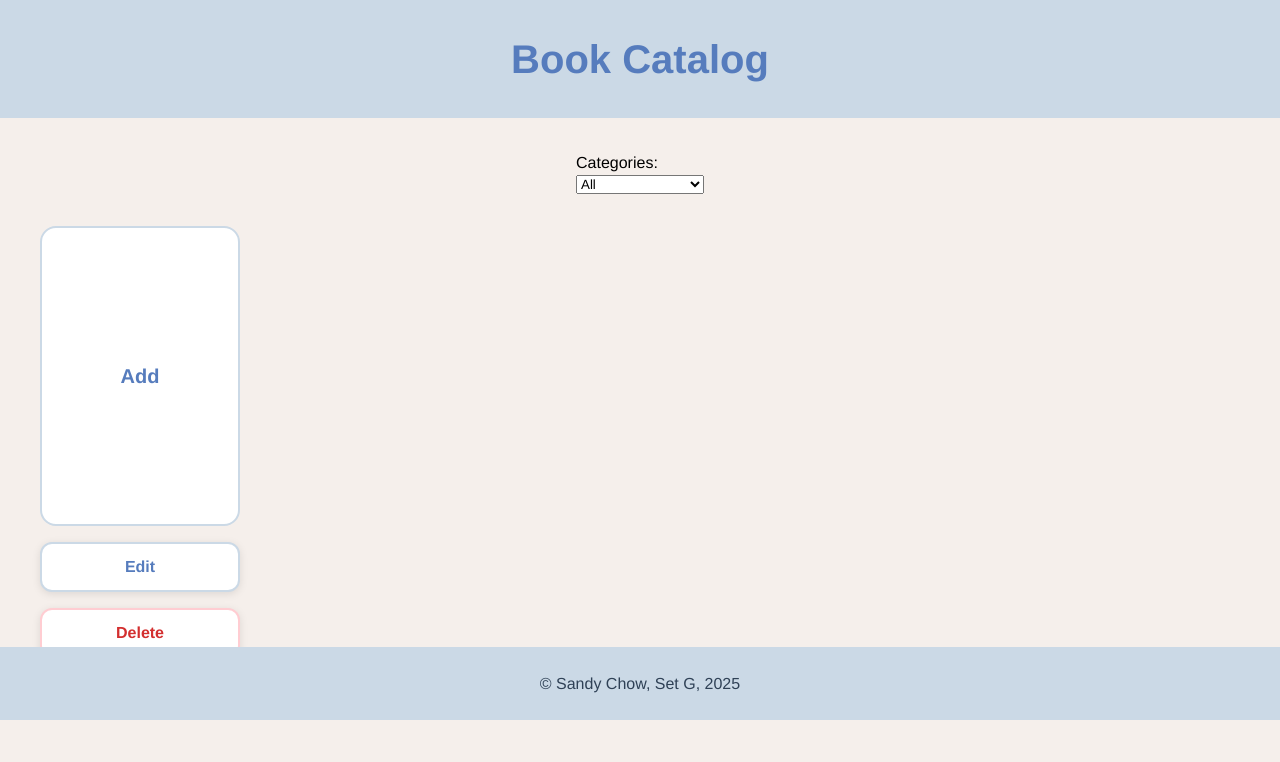
Repository: Bcit-sandy/COMP3170_Lab7
Page: /
These files come from the project's save history. The page is drawn as it stood at one moment and after the next save; the edit follows.
The browser window is 1280 px wide. The pictures show the whole page.
The project was rebuilt for these pictures with package versions that can differ from the ones it lists, and the page was loaded fresh each time. Also part of the build but not shown: vite.config.js, src/components/Info.jsx, src/components/Book.jsx.

Above is the page before, as saved 2025-10-25 23:44:35.

### index.html
<!doctype html>
<html lang="en">
  <head>
    <meta charset="UTF-8" />
    <link rel="icon" type="image/svg+xml" href="/vite.svg" />
    <meta name="viewport" content="width=device-width, initial-scale=1.0" />
    <title>Book Catalog App</title>
  </head>
  <body>
    <div id="root"></div>
    <script type="module" src="/src/main.jsx"></script>
  </body>
</html>

### src/main.jsx
import { StrictMode } from 'react';
import { createRoot } from 'react-dom/client';
import './index.css';
import './components/Modal/Modal.css';
import App from './App.jsx';

createRoot(document.getElementById('root')).render(
  <StrictMode>
    <App />
  </StrictMode>,
)

### src/index.css
:root {
  --light-blue-color: #CBD9E6;
  --blue-color: #567cbd;
  --beige-color: #f5efeb;
  --dark-blue-color: #2f4156;
  --white-color: #ffffff;
}

*{
  font-family: Helvetica, sans-serif
}

body {
  margin: 0;
  padding: 0;
  line-height: 1.6;
}

.app-header {
  background-color: var(--light-blue-color);
  min-height: 12vh;
  display: flex;
  flex-direction: column;
  align-items: center;
  justify-content: center;
}

.app-name {
  font-size: 2.5rem;
  color: var(--blue-color);
}

.app-main {
  background: var(--beige-color);
  width: 100%;
  min-height: 70vh;
  display: flex;
  flex-direction: column;
  align-items: center;
  justify-content: center;
  padding: 2rem 0;
  flex-wrap: wrap;
}

.app-main-content {
  background: var(--white-color);
  min-height: 10vh;
  width: 100%;
  display: flex;
  flex-direction: column;
  align-items: center;
  justify-content: center;
  padding: 2rem;
  border-radius: 12px;
  margin: 1rem;
  max-width: 1000px;
  flex-wrap: wrap;
}

.learn-more {
  color: var(--blue-color);
  text-decoration: none;
  transition: all 0.3s ease;
}

.learn-more:hover {
  color: var(--dark-blue-color);
  text-decoration: underline;
}

.app-main-content-text {
  font-size: 16px;
  color: var(--dark-blue-color);
  font-weight: 400;
  text-align: center;
  max-width: 600px;
  line-height: 1.7;
}

.add-button {
  background: var(--white-color);
  color: var(--blue-color);
  border: 2px solid var(--light-blue-color);
  border-radius: 16px;
  width: 200px;
  height: 300px;
  display: flex;
  align-items: center;
  justify-content: center;
  cursor: pointer;
  transition: all 0.3s ease;
  font-size: 1.25rem;
  font-weight: 600;
  box-shadow: 0 4px 12px var(--shadow-light);
  position: relative;
  overflow: hidden;

}

.add-button:hover {
  background-color: var(--blue-color);
  color: var(--white-color);
  box-shadow: 0 4px 15px rgba(0, 0, 0, 0.2);
  transform: translateY(-2px);
}

/* Update and Delete Button Styles */
.update-button,
.delete-button {
  background: var(--white-color);
  color: var(--blue-color);
  border: 2px solid var(--light-blue-color);
  border-radius: 12px;
  width: 200px;
  height: 50px;
  display: flex;
  align-items: center;
  justify-content: center;
  cursor: pointer;
  transition: all 0.3s ease;
  font-size: 1rem;
  font-weight: 600;
  box-shadow: 0 2px 8px rgba(0, 0, 0, 0.1);
  position: relative;
  overflow: hidden;
}

.update-button:hover {
  background-color: var(--blue-color);
  color: var(--white-color);
  border-color: var(--blue-color);
  box-shadow: 0 4px 12px rgba(86, 124, 189, 0.3);
  transform: translateY(-2px);
}

.delete-button {
  background: var(--white-color);
  color: #d32f2f;
  border: 2px solid #ffcdd2;
}

.delete-button:hover {
  background-color: #d32f2f;
  color: var(--white-color);
  border-color: #d32f2f;
  box-shadow: 0 4px 12px rgba(211, 47, 47, 0.3);
  transform: translateY(-2px);
}

.update-button:active,
.delete-button:active {
  transform: translateY(0);
  box-shadow: 0 2px 6px rgba(0, 0, 0, 0.2);
}

.app-content-container {
  display: grid;
  grid-template-columns: 200px 1fr;
  gap: 2rem;
  margin: 2rem auto;
  width: 100%;
  max-width: 1200px;
  padding: 0 1rem;
  margin-bottom: 10vh;
  align-items: start;
  justify-items: start;
  justify-content: center;
}

.add-button-column {
  grid-column: 1;
  grid-row: 1/ -1;
  display: flex;
  flex-direction: column;
  justify-content: center;
  align-items: center;
  gap: 1rem;
}

.button-group {
  display: flex;
  flex-direction: column;
  gap: 1rem;
  align-items: center;
  width: 100%;
}

.books-grid {
  grid-column: 2;
  display: grid;
  grid-template-columns: repeat(auto-fill, minmax(180px, 1fr));
  gap: 2rem;
  width: 100%;
  align-items: start;
  justify-items: start;
}

/* Responsive design --- smaller screens */
@media (max-width: 768px) {
  .app-main-content {
    width: 80%;
  }

  .app-content-container {
    grid-template-columns: auto;
    gap: 1rem;
  }

  .add-button-column {
    grid-row: 1/ -1;
    margin-bottom: 2rem;
  }

  .books-grid {
    grid-template-columns: repeat(auto-fill, minmax(180px, 1fr));
    gap: 2rem;
  }

  .add-button,
  .update-button,
  .delete-button {
    width: 150px;
    height: 45px;
    font-size: 0.9rem;
  }

  .add-button {
    height: 200px;
  }
}

.book-container {
  width: 200px;
  height: 300px;
  display: flex;
  flex-direction: column;
  align-items: center;
  border: none;
  background: var(--white-color);
  border-radius: 12px;
  transition: all 0.3s ease;
  overflow: hidden;
  justify-self: start;
  align-self: start;
}

.book-container:hover {
  transform: translateY(-4px);
  box-shadow: 0 8px 20px rgba(0, 0, 0, 0.15);
}

.book-container {
  cursor: pointer;
  position: relative;
}

.book-selected {
  border: 3px solid var(--blue-color) !important;
  background: var(--light-blue-color) !important;
  transform: translateY(-2px);
  box-shadow: 0 6px 16px var(--dark-blue-color) 50%;
}

.remove-button {
  position: absolute;
  top: 8px;
  right: 8px;
  background: var(--dark-blue-color);
  color: var(--white-color);
  border: none;
  border-radius: 50%;
  width: 25px;
  height: 25px;
  display: flex;
  align-items: center;
  justify-content: center;
  font-size: 16px;
  font-weight: bold;
  cursor: pointer;
  opacity: 0;
  transition: opacity 0.2s ease, background 0.2s ease;
  z-index: 2;
}

.book-container:hover .remove-button {
  opacity: 1;
}

.remove-button:hover {
  background: #d32f2f;
  transform: scale(1.1);
}

.book-cover {
  width: 100%;
  height: 100%;
  position: relative;
  overflow: hidden;
}

.book-cover-image {
  width: 100%;
  height: 100%;
  object-fit: cover;
  transition: transform 0.3s ease;
}

.book-container:hover .book-cover-image {
  transform: scale(1.05);
}

.book-price {
  font-size: 16px;
  background: var(--white-color);
  color: var(--dark-blue-color);
  margin: 0;
  width: 100%;
  height: 10px;
  font-weight: bold;
  text-align: center;
  padding: 0.75rem 0.5rem;
  display: flex;
  align-items: center;
  justify-content: center;
  border-top: 1px solid var(--light-blue-color);
}


.info-container {
  width: 100%;
  height: 50px;
  display: flex;
  align-items: center;
  justify-content: center;
  background: var(--light-blue-color);
  border-top: 1px solid var(--light-blue-color);
}

.info-link {
  font-size: 14px;
  color: var(--blue-color);
  background-color: var(--light-blue-color);
  width: 100%;
  height: 100%;
  font-weight: bold;
  text-decoration: none;
  cursor: pointer;
  transition: all 0.3s ease;
  display: flex;
  align-items: center;
  justify-content: center;
  border-radius: 0 0 12px 12px;
}

.info-link:hover {
  color: var(--dark-blue-color);
  text-decoration: underline;
  font-size: 16px;
}

.app-footer {
  background-color: var(--light-blue-color);
  color: var(--dark-blue-color);
  width: 100%;
  height: 10vh;
  display: flex;
  align-items: center;
  justify-content: center;
  position: fixed;
  bottom: 0;
  left: 0;
  border-top: 1px solid var(--light-blue-color);
  font-weight: 500;
  font-size: 16px;
}

### src/components/Modal/Modal.css
/* Modal dialog base */
dialog {
  border: none;
  border-radius: 16px;
  padding: 3rem;
  width: 100vw;
  max-width:400px;
  background: var(--white-color);
  box-shadow: 0 12px 40px rgba(0, 0, 0, 0.25);
}

/* Backdrop */
dialog::backdrop {
  background: rgba(47, 65, 86, 0.15);
  backdrop-filter: blur(2px);
}

/* Heading */
.new-book-form h2,
.form-container h2 {
  margin: 0 0 1rem 0;
  color: var(--blue-color);
  font-size: 1.5rem;
}

/* Form layout */
.new-book-form,
.form-container form {
  display: flex;
  flex-direction: column;
  gap: 1rem;
}

.new-book-form label,
.form-container .form-control label {
  color: var(--dark-blue-color);
  font-weight: bold;
  margin-bottom: 0.5rem;
}

.new-book-form input,
.form-container .form-control input {
    align-items: center;
    height: 1rem;
    font-size: 1rem;
    width: 100%;
    padding: 0.5rem;
    border: 2px solid var(--light-blue-color);
    border-radius: 10px;
}


/* Button style */
.button-primary,
.btn.primary {
  background: var(--blue-color);
  color: var(--white-color);
  border: 1px solid var(--blue-color);
  border-radius: 10px;
  padding: 0.5rem;
  width:50%;
  font-weight: bold;
  cursor: pointer;
}

.button-primary:hover,
.btn.primary:hover {
  background: var(--dark-blue-color);
}

.button-secondary {
  background: var(--white-color);
  color: var(--blue-color);
  border: 2px solid var(--light-blue-color);
  border-radius: 10px;
  padding: 0.5rem 0.9rem;
  font-weight: bold;
  cursor: pointer;
}

.button-secondary:hover {
  background: var(--blue-color);
  color: var(--white-color);
}

.form-container .form-control {
  display: flex;
  flex-direction: column;
}

/* Small screens */
@media (max-width: 480px) {
  dialog {
    width: 95vw;
    padding: 1.25rem;
  }
}

### src/App.jsx
import { useState } from "react";
import Book from "./components/Book";
import Add from "./components/New";
import Main from "./components/Main";
import data from "../data/books.json";
import Filter from "./components/Filter/Filter";

function App() {
  const [books, setBooks] = useState(data);
  const [selectedBook, setSelectedBook] = useState(null);

  function getBooks(bookData) {
    const isSelected = selectedBook && (selectedBook.isbn13 || selectedBook.title) === (bookData.isbn13 || bookData.title);
    return (
      <Book
        key={bookData.isbn13 || bookData.title}
        data={bookData}
        onSelect={handleBookSelection}
        isSelected={isSelected}
      />
    );
  }

  function handleBookSelection(book) {
    // If clicking the same book that's already selected, unselect it
    if (selectedBook && (selectedBook.isbn13 || selectedBook.title) === (book.isbn13 || book.title)) {
      setSelectedBook(null);
    } else {
      // Otherwise, select the clicked book
      setSelectedBook(book);
    }
  }

  function handleUpdateBook(updatedBook) {
    setBooks(prevBooks =>
      prevBooks.map(book =>
        (book.isbn13 || book.title) === (updatedBook.isbn13 || updatedBook.title)
          ? updatedBook
          : book
      )
    );
    setSelectedBook(updatedBook);
  }

  function handleDeleteBook() {
    if (selectedBook) {
      setBooks(prevBooks => prevBooks.filter(book =>
          (book.isbn13 || book.title) !== (selectedBook.isbn13 || selectedBook.title)
        ));
        setSelectedBook(null);
    } else {
      alert("Please select a book to delete");
    }
  }

  function handleAddBook(newBook) {
    setBooks(prevBooks => [...prevBooks, newBook]);
  }

  const categories = [...new Set(books.map(book => book.category))];

  return (
    <div>
      <header className="app-header">
       <h1 className="app-name">Book Catalog</h1>
      </header>

      <main className="app-main">
        <Filter categories={categories} />
        <div className="app-content-container">
          <div className="add-button-column">
            <Add
              onDelete={handleDeleteBook}
              onAddBook={handleAddBook}
              book={selectedBook}
              update={handleUpdateBook}
            />
          </div>
          <Main>
            {books.map(getBooks)}
          </Main>
        </div>
      </main>

      <footer className="app-footer">
        <p>&copy; Sandy Chow, Set G, 2025</p>
      </footer>
    </div>

  )
}

export default App;

### src/components/New.jsx
import Modal from "./Modal/Modal";
import BookForm from "./Bookform";

function Add ({ onDelete, onAddBook, book, update }) {
  return (
    <div className="button-group">
      <Modal btnLabel="Add" btnClassName="add-button">
        <BookForm onAddBook={onAddBook} />
      </Modal>

      <Modal btnLabel="Edit" btnClassName="update-button">
        <BookForm book={book} add={update} onAddBook={onAddBook}/>
      </Modal>

      <button
        className="delete-button"
        onClick={onDelete}
        title="Delete selected book"
      >
        Delete
      </button>
    </div>
  )
}

export default Add

### src/components/Main.jsx
export default function Main({children}) {
    return (
        <main className="books-grid">
            {children}
        </main>
    );
}

### data/books.json
    [
]

### src/components/Filter/Filter.jsx
import "./Filter.css";
import { useState } from "react";
function Filter({ categories = [] }) {
    const [filter, setFilter] = useState('');
    return (
        <div className="filter-container">
            Categories:
            <select
                value={filter}
                onChange={(e) => setFilter(e.target.value)}>
                <option value=''>All</option>
                {[...categories].map((category) => (
                    <option value={category}>{category}</option>
                ))}
            </select>
        </div>
    );
}

export default Filter;

### src/components/Modal/Modal.jsx
import { useRef } from 'react';

function Modal({ btnLabel, btnClassName, children }) {

    const modalRef = useRef();

    function openModal() {
        modalRef.current.showModal();
    }

    function closeModal() {
        modalRef.current.close();
    }

    return (
        <>
            <button onClick={openModal} className={btnClassName}>{btnLabel}</button>
            <dialog ref={modalRef}>
                {children}
            </dialog>
        </>
    );

}

export default Modal;

### src/components/Bookform.jsx
import { useState } from "react";
import { nanoid } from "nanoid";

function BookForm({book, add, onAddBook}) {
    const [formData, setFormData] = useState({
        title: book?.title || '',
        author: book?.author || '',
        publisher: book?.publisher || '',
        year: book?.year || '',
        language: book?.language || '',
        pages: book?.pages || '',
        image: book?.image || ''
    });

    function handleChange(e) {
        const { name, value } = e.target;
        setFormData(prev => ({
            ...prev,
            [name]: value
        }));
    }

    function handleSubmit(e) {
        e.preventDefault();

        if (book) {
            // Edit mode - update existing book
            const updatedBook = {
                ...book,
                title: formData.title,
                author: formData.author,
                publisher: formData.publisher,
                year: formData.year,
                language: formData.language,
                pages: formData.pages,
                image: formData.image
            };
            add(updatedBook);
        } else {
            // Add mode - create new book
            const newBook = {
                title: formData.title,
                author: formData.author,
                publisher: formData.publisher,
                year: formData.year,
                language: formData.language,
                pages: formData.pages,
                image: formData.image,
                url: '#',
                isbn13: nanoid(),
                selected: false
            };
            if (onAddBook) {
                onAddBook(newBook);
            }
        }

        // Close modal
        const modal = document.querySelector('dialog[open]');
        if (modal) {
            modal.close();
        }

        // Reset form
        setFormData({
            title: '',
            author: '',
            publisher: '',
            year: '',
            language: '',
            pages: '',
            image: ''
        });
    }

    return (
        <div className="form-container">
            <h2> {book ? 'Edit book' : 'Add a new book'} </h2>
            <form onSubmit={handleSubmit}>
                <div className="form-control">
                    <label htmlFor="title"> Title </label>
                    <input
                        type="text"
                        name="title"
                        placeholder="Title..."
                        value={formData.title}
                        onChange={handleChange}
                    />
                </div>

                <div className="form-control">
                    <label htmlFor="author"> Author </label>
                    <input
                        type="text"
                        name="author"
                        placeholder="Author..."
                        value={formData.author}
                        onChange={handleChange}
                    />
                </div>

                <div className="form-control">
                     <label htmlFor="publisher"> Publisher </label>
                    <input
                        type="text"
                        name="publisher"
                        placeholder="Publisher..."
                        value={formData.publisher}
                        onChange={handleChange}
                    />
                </div>

                <div className="form-control">
                     <label htmlFor="year"> Publication Year </label>
                    <input
                        type="number"
                        name="year"
                        placeholder="Publication Year..."
                        value={formData.year}
                        onChange={handleChange}
                        min="1000"
                        max="2025"
                    />
                </div>

                <div className="form-control">
                     <label htmlFor="language"> Language </label>
                    <input
                        type="text"
                        name="language"
                        placeholder="Language..."
                        value={formData.language}
                        onChange={handleChange}
                    />
                </div>

                <div className="form-control">
                     <label htmlFor="pages"> Pages </label>
                    <input
                        type="number"
                        name="pages"
                        placeholder="Pages..."
                        value={formData.pages}
                        onChange={handleChange}
                        min="1"
                    />
                </div>

                <div className="form-control">
                     <label htmlFor="image"> Image URL </label>
                    <input
                        type="url"
                        name="image"
                        placeholder="https://..."
                        value={formData.image}
                        onChange={handleChange}
                    />
                </div>

                <button className="btn primary" type="submit">
                    {book ? 'Update' : 'Submit'}
                </button>
            </form>
        </div>
    );
}

export default BookForm;

### src/components/Filter/Filter.css
.filter-container {
    display: flex;
    flex-direction: column;
    align-items: left;
    justify-content: left;
    background-color: var(--beige-color);
    width: 10%;
}

After the next save:
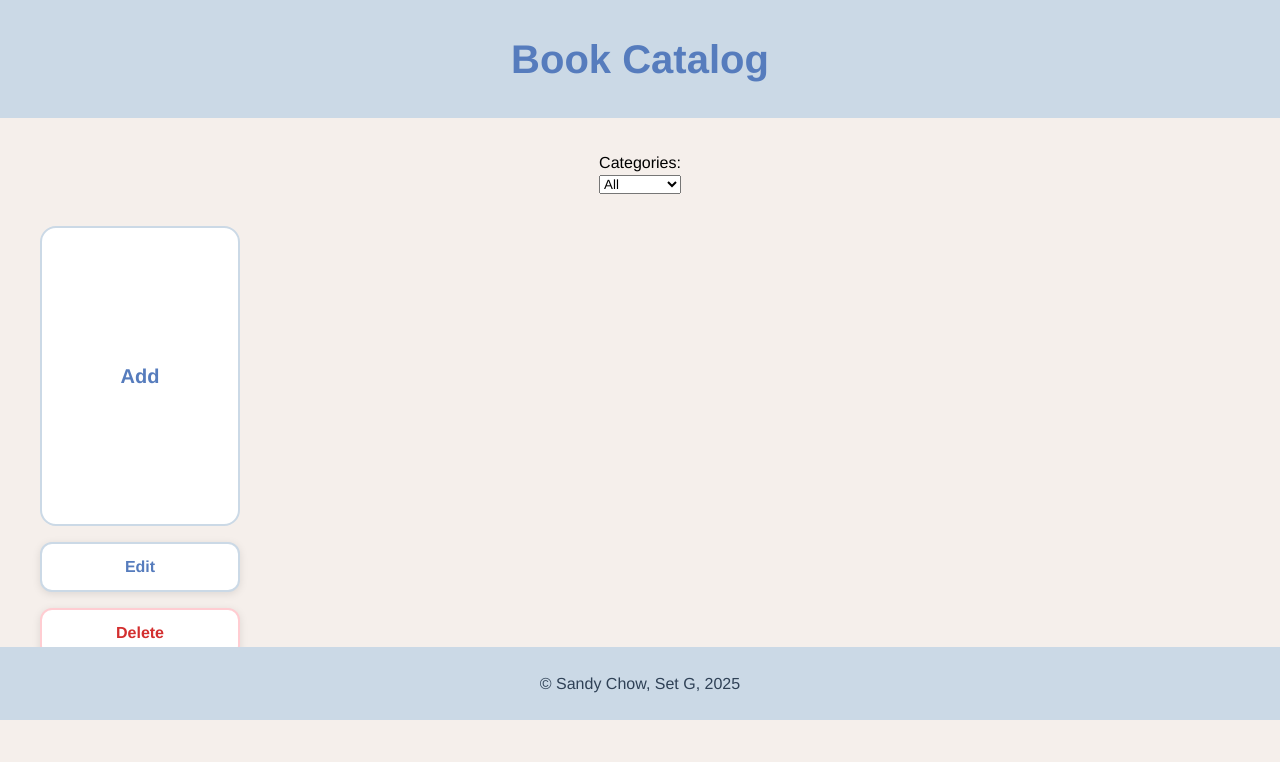
Saved 30 s later.
--- a/src/components/Filter/Filter.css
+++ b/src/components/Filter/Filter.css
@@ -4,5 +4,4 @@
     align-items: left;
     justify-content: left;
     background-color: var(--beige-color);
-    width: 10%;
 }
